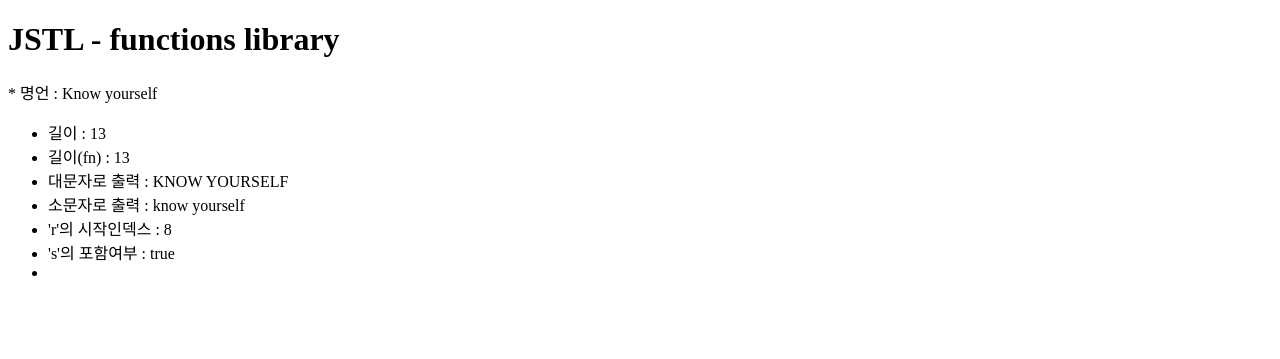
Repository: Developer-Choi-Jae-Young/ServletPractice
Page: http://localhost/3_elAction/views/3_Custom_Action/03_fn.jsp
These files come from the project's save history. The page is drawn as it stood at one moment and after the next save; the edit follows.
The browser window is 1280 px wide. The pictures show the whole page.
The page is served by Tomcat 9. Other server files are loaded and not shown.

Above is the page before, as saved 2024-08-28 02:26:09.

### 3_elAction/src/main/webapp/views/3_Custom_Action/03_fn.jsp
<%@ page language="java" contentType="text/html; charset=UTF-8"
    pageEncoding="UTF-8"%>
<%@ taglib prefix="c" uri="http://java.sun.com/jsp/jstl/core" %>
<%@ taglib prefix="fn" uri="http://java.sun.com/jsp/jstl/functions" %>
<!DOCTYPE html>
<html>
<head>
<meta charset="UTF-8">
<title>JSTL - fn</title>
</head>
<body>
	<h1>JSTL - functions library</h1>

	<c:set var="qt" value="Know yourself"/>

	* 명언 : ${ qt } <br>

	<ul>
		<li>
			길이 : ${ qt.length() }
		</li>
		<li>
			길이(fn) : ${ fn:length(qt) } <%-- ArrayList, 문자열 사용 가능 (길이) --%>
		</li>
		<li>
			대문자로 출력 : ${ fn:toUpperCase(qt) }
		</li>
		<li>
			소문자로 출력 : ${ fn:toLowerCase(qt) }
		</li>
		<li>
			'r'의 시작인덱스 : ${ fn:indexOf(qt, "r") }
		</li>
		<li>
			's'의 포함여부 : ${ fn:contains(qt, 's') }
		</li>
		<li>

		</li>
	</ul>
</body>
</html>

After the next save:
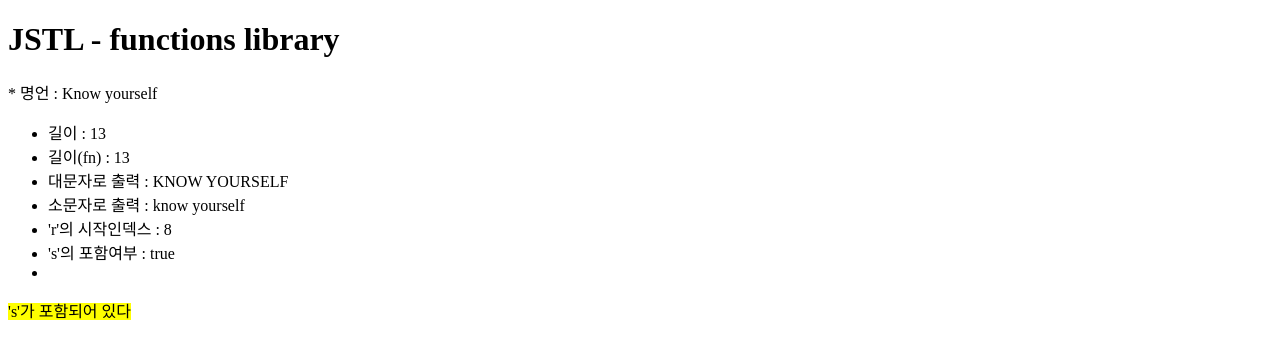
Saved 70 s later.
--- a/3_elAction/src/main/webapp/views/3_Custom_Action/03_fn.jsp
+++ b/3_elAction/src/main/webapp/views/3_Custom_Action/03_fn.jsp
@@ -38,5 +38,9 @@
 
 		</li>
 	</ul>
+
+	<c:if test="${ fn:contains(qt, 's') }">
+		<mark>'s'가 포함되어 있다</mark>
+	</c:if>
 </body>
 </html>
